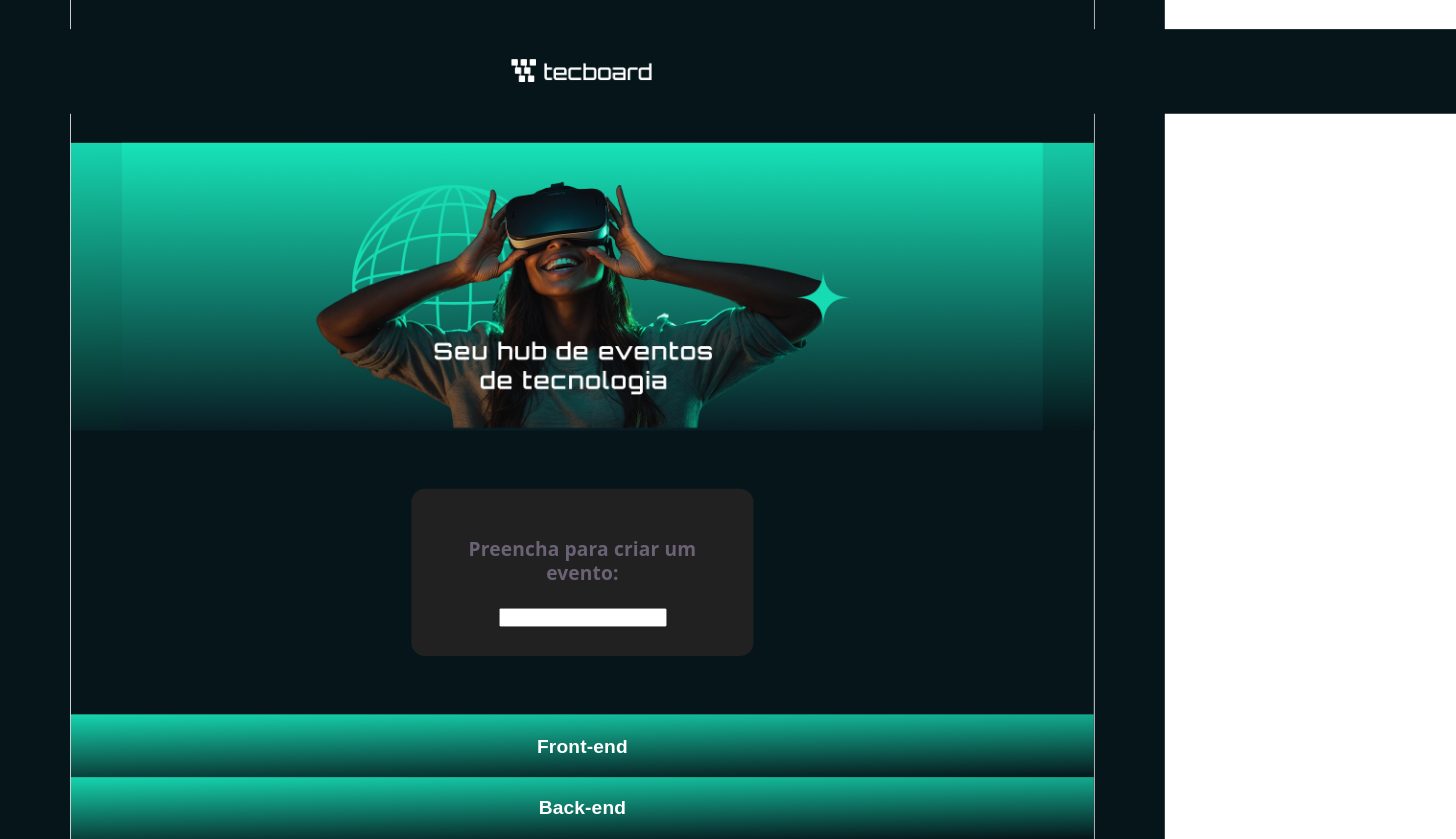
Repository: fernandadev12/techboard
Page: /
An editor plug-in stored every save of this project. The page is shown before and after the next save, followed by the edit.
The browser window is 1280 px wide. The page is 1600 px wide, so the pictures cover 1600 px, including what lies to the right of the window. The pictures show the whole page, at 91% of full size.
The project was rebuilt for these pictures with package versions that can differ from the ones it lists, and the page was loaded fresh each time. Also part of the build but not shown: vite.config.js.

Above is the page before, as saved 2026-06-14 12:09:31.

### index.html
<!doctype html>
<html lang="en">
  <head>
    <meta charset="UTF-8" />
    <link rel="icon" type="image/svg+xml" href="/favicon.svg" />
    <meta name="viewport" content="width=device-width, initial-scale=1.0" />
    <link rel="preconnect" href="https://fonts.googleapis.com" />
    <link rel="preconnect" href="https://fonts.gstatic.com" crossorigin />
    <link
      href="https://fonts.googleapis.com/css2?family=Orbitron:wght@400..900&display=swap"
      rel="stylesheet"
    />
    <title>techboard</title>
  </head>
  <body>
    <div id="root"></div>
    <script type="module" src="/src/main.jsx"></script>
  </body>
</html>

### src/index.css
:root {
  --text: #6b6375;
  --text-h: #08060d;
  --bg: #fff;
  --border: #e5e4e7;
  --code-bg: #f4f3ec;
  --accent: #aa3bff;
  --accent-bg: rgba(170, 59, 255, 0.1);
  --accent-border: rgba(170, 59, 255, 0.5);
  --social-bg: rgba(244, 243, 236, 0.5);
  --shadow:
    rgba(0, 0, 0, 0.1) 0 10px 15px -3px, rgba(0, 0, 0, 0.05) 0 4px 6px -2px;

  --sans: system-ui, "Segoe UI", Roboto, sans-serif;
  --heading: system-ui, "Segoe UI", Roboto, sans-serif;
  --mono: ui-monospace, Consolas, monospace;

  font: 18px/145% var(--sans);
  letter-spacing: 0.18px;
  color-scheme: light dark;
  color: var(--text);
  background: var(--bg);
  font-synthesis: none;
  text-rendering: optimizeLegibility;
  -webkit-font-smoothing: antialiased;
  -moz-osx-font-smoothing: grayscale;

  @media (max-width: 1024px) {
    font-size: 16px;
  }
}

@media (prefers-color-scheme: dark) {
  :root {
    --text: #9ca3af;
    --text-h: #f3f4f6;
    --bg: #16171d;
    --border: #2e303a;
    --code-bg: #1f2028;
    --accent: #c084fc;
    --accent-bg: rgba(192, 132, 252, 0.15);
    --accent-border: rgba(192, 132, 252, 0.5);
    --social-bg: rgba(47, 48, 58, 0.5);
    --shadow:
      rgba(0, 0, 0, 0.4) 0 10px 15px -3px, rgba(0, 0, 0, 0.25) 0 4px 6px -2px;
  }

  #social .button-icon {
    filter: invert(1) brightness(2);
  }
}

body {
  margin: 0;
  background-color: #06151a;
}

#root {
  width: 1126px;
  max-width: 100%;
  margin: 0 auto;
  text-align: center;
  border-inline: 1px solid var(--border);
  min-height: 100svh;
  display: flex;
  flex-direction: column;
  box-sizing: border-box;
}

h1,
h2 {
  font-family: var(--heading);
  font-weight: 500;
  color: var(--text-h);
}

h1 {
  font-size: 56px;
  letter-spacing: -1.68px;
  margin: 32px 0;
  @media (max-width: 1024px) {
    font-size: 36px;
    margin: 20px 0;
  }
}
h2 {
  font-size: 24px;
  line-height: 118%;
  letter-spacing: -0.24px;
  margin: 0 0 8px;
  @media (max-width: 1024px) {
    font-size: 20px;
  }
}
p {
  margin: 0;
}

code,
.counter {
  font-family: var(--mono);
  display: inline-flex;
  border-radius: 4px;
  color: var(--text-h);
}

code {
  font-size: 15px;
  line-height: 135%;
  padding: 4px 8px;
  background: var(--code-bg);
}

### src/App.jsx
// import { useState } from "react";
import { FormularioDeEvento } from "./componentes/FormularioDeEvento";
// import reactLogo from "./assets/react.svg";
// import viteLogo from "./assets/vite.svg";
// import heroImg from "./assets/hero.png";
import "./App.css";
import { Tema } from "./componentes/Tema";
import { Banner } from "./componentes/Banner";

// function TituloFormulario({ children }) {
//   return <h2>{children}</h2>;
// }
// function CampoFormulario({ children }) {
//   return <label>{children}</label>;
// }

function App() {
  const temas = [
    {
      id: 1,
      nome: "Front-end",
    },
    {
      id: 2,
      nome: "Back-end",
    },
    {
      id: 3,
      nome: "Mobile",
    },
    {
      id: 4,
      nome: "DevOps",
    },
    {
      id: 5,
      nome: "Inteligência Artificial",
    },
    {
      id: 6,
      nome: "Cloud",
    },
  ];

  return (
    <main>
      <header>
        <img src="/Header.png"></img>
      </header>
      <Banner />
      <FormularioDeEvento />
      <section>
        <Tema tema={temas[0]} />
      </section>
      <section>
        <Tema tema={temas[1]} />
      </section>
    </main>
  );
}

export default App;

### src/componentes/FormularioDeEvento/index.jsx
import { TituloFormulario } from "../TituloFormulario";
import { CampoFormulario } from "../CampoDeFormulario";

export function FormularioDeEvento() {
  return (
    <form className="form-evento">
      <TituloFormulario />
      <CampoFormulario />
      <input type="text" id="nome" />
    </form>
  );
}

### src/App.css
header {
  background-color: #06151a;
  padding: 32px;
  display: flex;
  justify-content: center;
}
section {
  background: linear-gradient(179deg, #16d5af 0%, #06151a);
  display: flex;
  justify-content: center;
}
section img {
  max-width: 90%;
}

.form-evento {
  background-color: #212121;
  padding: 32px 28px;
  border-radius: 15px;
  width: 394px;
  margin: 64px auto;
  max-width: 320px;
}
.hero {
  position: relative;

  .base,
  .framework,
  .vite {
    inset-inline: 0;
    margin: 0 auto;
  }

  .base {
    width: 170px;
    position: relative;
    z-index: 0;
  }

  .framework,
  .vite {
    position: absolute;
  }

  .framework {
    z-index: 1;
    top: 34px;
    height: 28px;
    transform: perspective(2000px) rotateZ(300deg) rotateX(44deg) rotateY(39deg)
      scale(1.4);
  }

  .vite {
    z-index: 0;
    top: 107px;
    height: 26px;
    width: auto;
    transform: perspective(2000px) rotateZ(300deg) rotateX(40deg) rotateY(39deg)
      scale(0.8);
  }
}

#center {
  display: flex;
  flex-direction: column;
  gap: 25px;
  place-content: center;
  place-items: center;
  flex-grow: 1;

  @media (max-width: 1024px) {
    padding: 32px 20px 24px;
    gap: 18px;
  }
}

#next-steps {
  display: flex;
  border-top: 1px solid var(--border);
  text-align: left;

  & > div {
    flex: 1 1 0;
    padding: 32px;
    @media (max-width: 1024px) {
      padding: 24px 20px;
    }
  }

  .icon {
    margin-bottom: 16px;
    width: 22px;
    height: 22px;
  }

  @media (max-width: 1024px) {
    flex-direction: column;
    text-align: center;
  }
}

#docs {
  border-right: 1px solid var(--border);

  @media (max-width: 1024px) {
    border-right: none;
    border-bottom: 1px solid var(--border);
  }
}

#next-steps ul {
  list-style: none;
  padding: 0;
  display: flex;
  gap: 8px;
  margin: 32px 0 0;

  .logo {
    height: 18px;
  }

  a {
    color: var(--text-h);
    font-size: 16px;
    border-radius: 6px;
    background: var(--social-bg);
    display: flex;
    padding: 6px 12px;
    align-items: center;
    gap: 8px;
    text-decoration: none;
    transition: box-shadow 0.3s;

    &:hover {
      box-shadow: var(--shadow);
    }
    .button-icon {
      height: 18px;
      width: 18px;
    }
  }

  @media (max-width: 1024px) {
    margin-top: 20px;
    flex-wrap: wrap;
    justify-content: center;

    li {
      flex: 1 1 calc(50% - 8px);
    }

    a {
      width: 100%;
      justify-content: center;
      box-sizing: border-box;
    }
  }
}

#spacer {
  height: 88px;
  border-top: 1px solid var(--border);
  @media (max-width: 1024px) {
    height: 48px;
  }
}

.ticks {
  position: relative;
  width: 100%;

  &::before,
  &::after {
    content: "";
    position: absolute;
    top: -4.5px;
    border: 5px solid transparent;
  }

  &::before {
    left: 0;
    border-left-color: var(--border);
  }
  &::after {
    right: 0;
    border-right-color: var(--border);
  }
}

### src/componentes/Tema/index.jsx
import "./temastyles.css";

export function Tema({ tema }) {
  return <h3 className="titulotema">{tema.nome}</h3>;
}

### src/componentes/Banner/index.jsx
import "./bannerstyles.css";

export function Banner() {
  return (
    <section className="banner">
      <img src="/Banner.jpg"></img>
    </section>
  );
}

### src/componentes/TituloFormulario/index.jsx
export function TituloFormulario() {
  return <h3>Preencha para criar um evento:</h3>;
}
// export function TituloFormulario({ children }) {
//   return <h2>{children}</h2>;
// }

### src/componentes/CampoDeFormulario/index.jsx
export function CampoFormulario({ children }) {
  return <label>{children}</label>;
}

### src/componentes/Tema/temastyles.css
.titulotema {
  color: #fff;
  font-family: "Orbiton", sans-serif;
}

### src/componentes/Banner/bannerstyles.css
.banner {
  background: linear-gradient(179deg, #16d5af 0%, #06151a);
  display: flex;
  justify-content: center;
}

.banner img {
  max-width: 90%;
}

Loaded but not shown: src/main.jsx (common file)

After the next save:
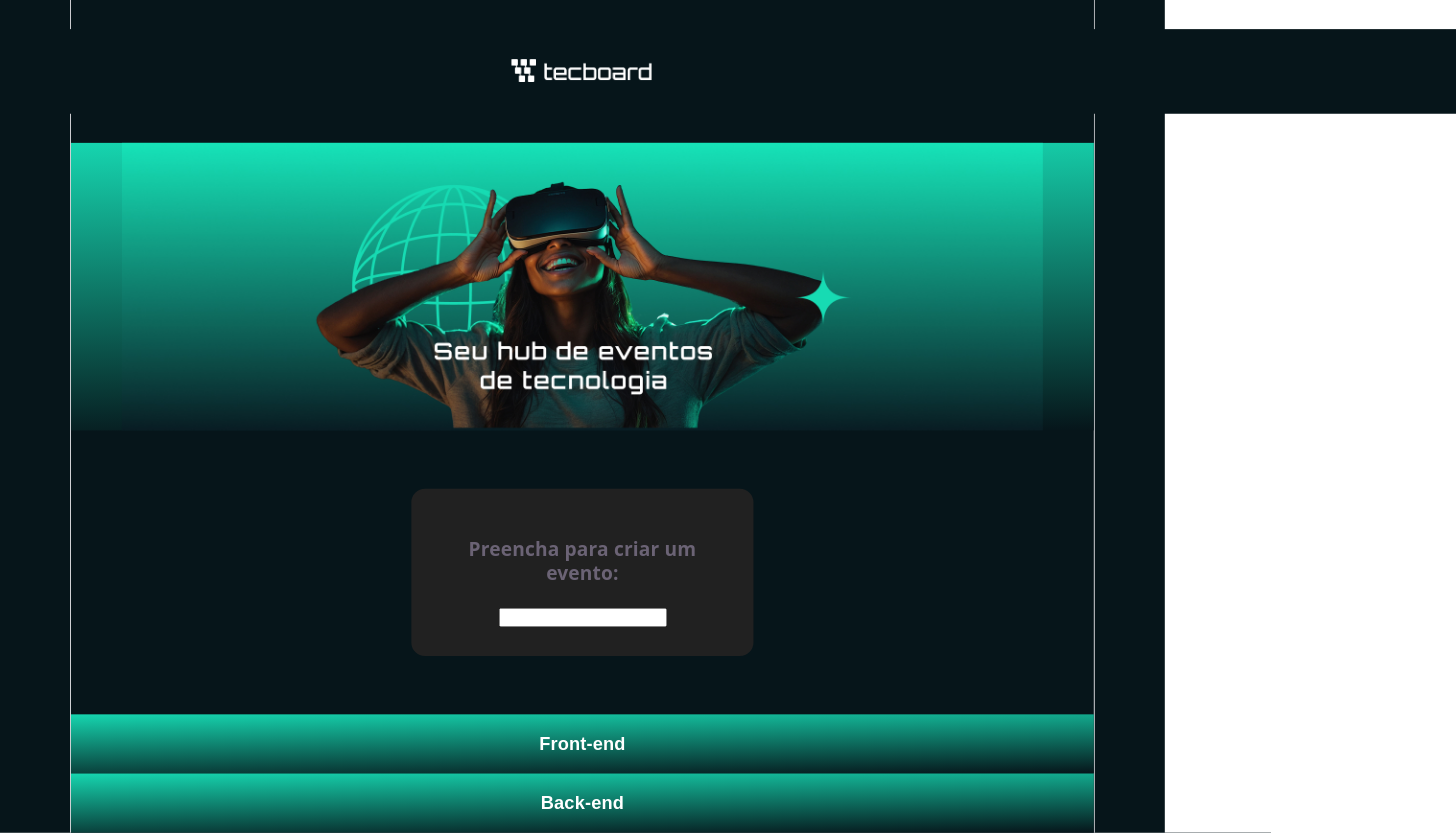
Saved 72 s later.
--- a/src/componentes/Tema/temastyles.css
+++ b/src/componentes/Tema/temastyles.css
@@ -1,4 +1,9 @@
 .titulotema {
   color: #fff;
   font-family: "Orbiton", sans-serif;
+  font-weight: 600;
+  font-size: 20px;
+  line-height: 125%;
+  letter-spacing: 10%;
+  vertical-align: middle;
 }
